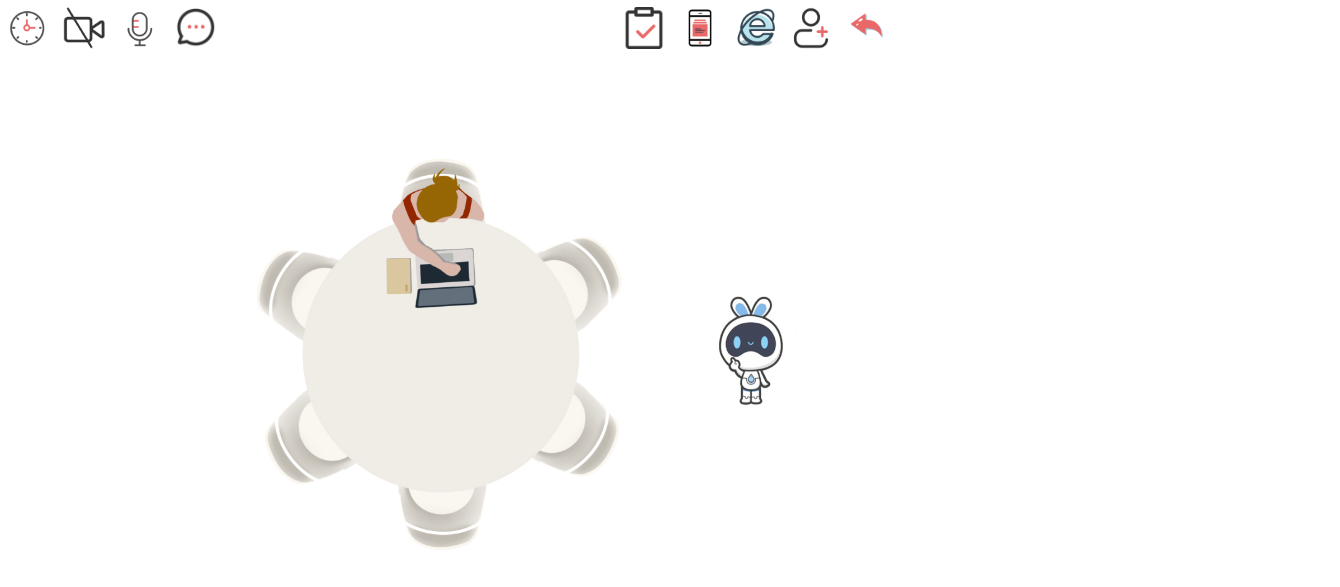
Repository: Team-Extrememe/Online-Study-Room
Page: main.html
The author's editor kept a copy of each file at every save. The page is drawn from the files as they stood at one save, then again after the next save.
The browser window is 1280 px wide. The page is 1280 px wide, then 1914 px, so the pictures cover 1914 px, including what lies to the right of the window. The pictures show the part of the page from y = 0 to 1280 px (the page is 839 px tall before and 2674 px after), at 70% of full size.

Above is the page before, as saved 2021-10-16 13:53:29.

After the next save:
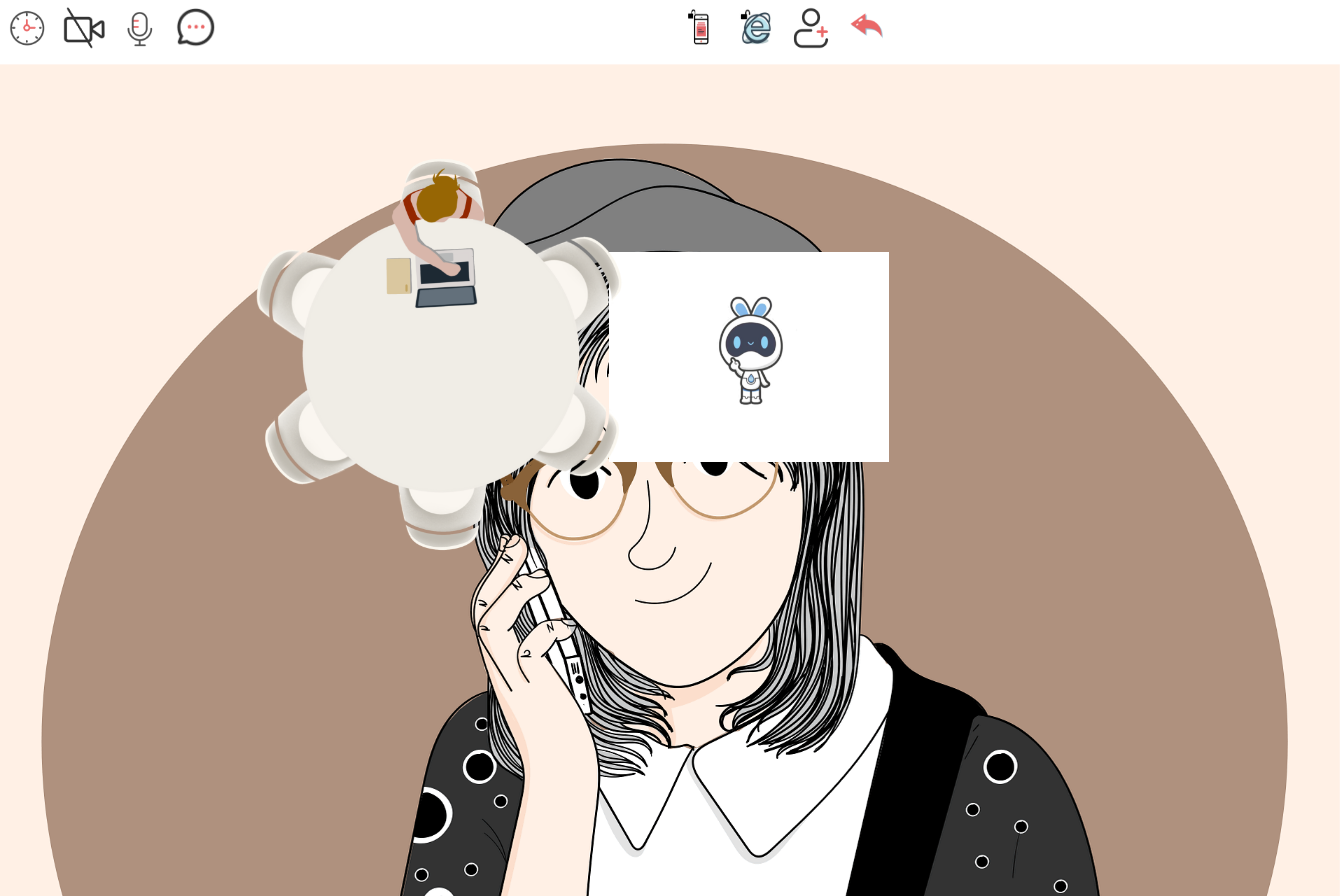
Saved 38 s later.
--- a/main.html
+++ b/main.html
@@ -12,6 +12,15 @@
     <title>Study alone</title>
 </head>
 <body>
+    <img class="mainrabbit5" src="Images/rabbit3.png" alt="main_guide_rabbit">
+    <div id="light15" class="guide_div15" style="border-radius: 8px; border: 1px solid black;">
+        <div class="guide_text15">
+            <div class="close_guide_button15">&times;</div>
+            <span>The first thing after you enter the private room is to edit your daily study task by clicking this button</span>
+            <div class="mainback5">&#8678;</div>
+            <div class="mainnext5">&#8680;</div>
+        </div>
+    </div>
     <img class="mainrabbit" src="Images/rabbit2.png" alt="main_guide_rabbit">
     <div id="light12" class="guide_div12" style="border-radius: 8px; border: 1px solid black;">
         <div class="guide_text12">
@@ -109,19 +118,16 @@
     <div class="right">
         <ul id="nav_left">
         <li>
-            <img src="./Images/log.png" alt="log">
-        </li>
-        <li>
-            <img src="./Images/mobile.png" alt="mobile">
-        </li>
-        <li>
-            <img src="./Images/internet.png" alt="internet">
-        </li>
-        <li>
-            <img src="./Images/invite.png" alt="invite">
-        </li>
-        <li>
-            <img src="./Images/return.png" alt="return">
+            <a href="#"><img id="mobile" src="./Images/mobile_unlock.jpg" alt="mobile" onclick="qrDisplay()" ></a>
+        </li>
+        <li>
+            <a href="#"><img id="internet" src="./Images/internet_unlock.jpg" alt="internet" onclick="mobileDisplay()"></a>
+        </li>
+        <li>
+            <a href="#"><img src="./Images/invite.png" alt="invite" onclick="inviteDisplay()"></a>
+        </li>
+        <li>
+            <img src="./Images/return.png" alt="return" >
         </li>
         <li>
             <div>
@@ -140,6 +146,25 @@
             <img src="./Images/r.png" alt="guide" id="rb">
 
         </a>
+    </div>
+
+    <div class="box">
+        <div class="partner">
+
+            <img src="./images/partner1.png" alt="partner1">
+
+        </div>
+        <!-- <hr /> -->
+        <div class="taskbox">
+            <h2>My Task List</h2>
+            <input type="text" id="myInput" placeholder="Title...">
+            <span onclick="newElement()" class="addBtn">Add</span>
+            <ul id="myUL">
+                <li>Python assignment3</li>
+                <li class="checked">DECO3500 assignment2</li>
+            </ul>
+        </div>
+
     </div>
 
 
@@ -154,6 +179,59 @@
     <div id="One">
         <img src="./images/One.png" alt="One">
     </div>
+    <!-- 弹出窗口 - mobile -->
+    <div class="callout-mobile">
+        <span class="closebtn" onclick="this.parentElement.style.display='none';">×</span>
+        <h2>Authorization</h2>
+        <div class="callout-container">
+        <p>Accept to lock all your tab pages which are not included in the white list.</p>
+
+        </div>
+        <div class="callout-button">
+            <button class="button" onclick="lockInternet()">Accept</button>
+            <button class="button">Edit whiteboard</button>
+            <button class="button">Deny</button>
+        </div>
+    </div>
+    <div class="callout-QR">
+        <span class="closebtn" onclick="this.parentElement.style.display='none';">×</span>
+        <h2>Authorization</h2>
+        <div class="callout-container">
+        <p>Accept to lock all your mobile apps which are not included in the white list.</p>
+        </div>
+        <div class="callout-button">
+            <!-- <p class="button">Accept</p>
+            <p class="button">Accept</p> -->
+            <button class="button" onclick="accept()">Accept</button>
+            <button class="button">Edit whiteboard</button>
+            <button class="button">Deny</button>
+        </div>
+    </div>
+    <div class="callout-code">
+        <span class="closebtn" onclick="this.parentElement.style.display='none';">×</span>
+        <img src="./images/code.png" alt="code">
+        <p> Scan to lock your mobile phone</p>
+    </div>
+    <!-- <div class="partner">
+        <img src="./images/partner1.png" alt="partner1">
+
+    </div> -->
+
+    <!-- 弹出窗口 - invite friend -->
+    <div class="callout-invite">
+        <span class="closebtn" onclick="this.parentElement.style.display='none';">×</span>
+        <h2>Invite your friend</h2>
+        <div class="callout-container">
+        <h4>Email Address: <input type="text" style="width: 100%;"></h4>
+        <h3>OR</h3>
+        <h4>Invitation link: <h5>XXXXXXXXXXXXXXXXXXXXXXXXXXXXXXXXXXXXXXXXXXXXXXXXX</h5> </h4>
+        </div>
+        <div class="callout-button">
+            <button class="button" onclick="partnerDisplay()">Accept</button>
+            <button class="button">Edit whiteboard</button>
+            <button class="button">Deny</button>
+        </div>
+    </div>
 
 </footer>
 </html>
